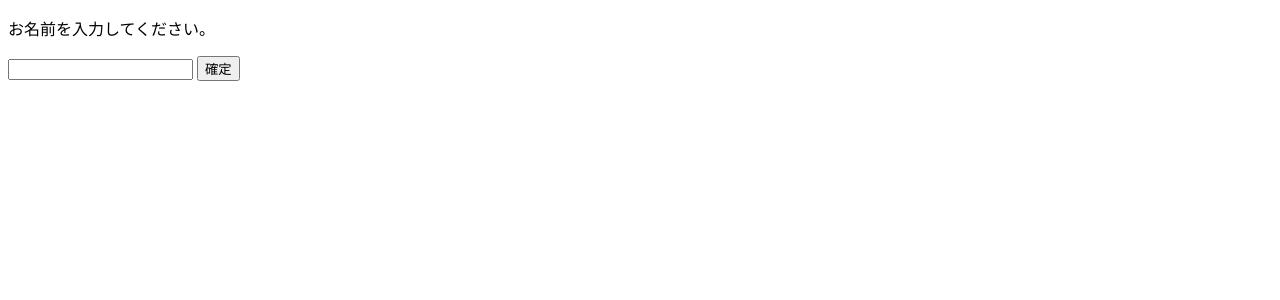
Repository: sato-kazukiyo/test
Page: http://localhost/HelloJSP/
These files come from the project's save history. The page is drawn as it stood at one moment and after the next save; the edit follows.
The browser window is 1280 px wide. The pictures show the whole page.
The page is served by Tomcat 9.

Above is the page before, as saved 2018-07-02 11:54:08.

After the next save:
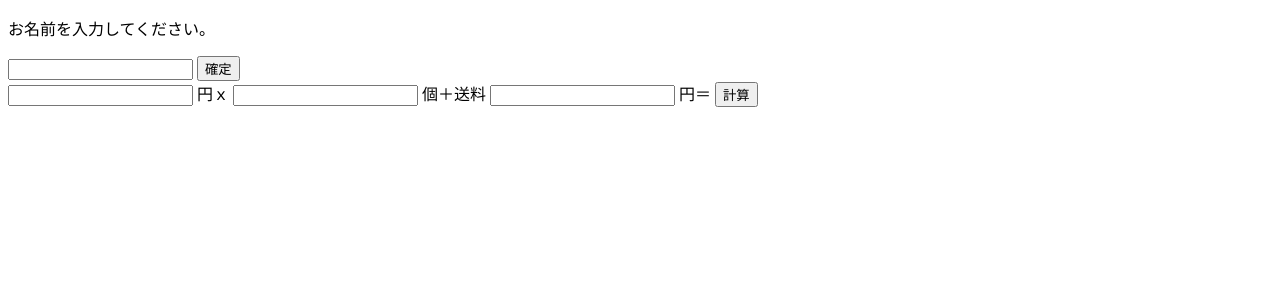
Saved 7 min 27 s later.
--- a/HelloJSP/WebContent/index.jsp
+++ b/HelloJSP/WebContent/index.jsp
@@ -9,10 +9,21 @@
 <body>
 
 <p>お名前を入力してください。</p>
-<from method="post" action="greeting-out.jsp">
+<form method="post" action="greeting-out.jsp">
 <input type="text" name="user">
 <input type="submit" value="確定">
-</from>
+</form>
+
+
+<form method="post" action="total-out.jsp">
+<input type="text" name="price">
+円ｘ
+<input type="text" name="count">
+個＋送料
+<input type="text" name="delivery">
+円＝
+<input type="submit" value="計算">
+</form>
 
 
 </body>
